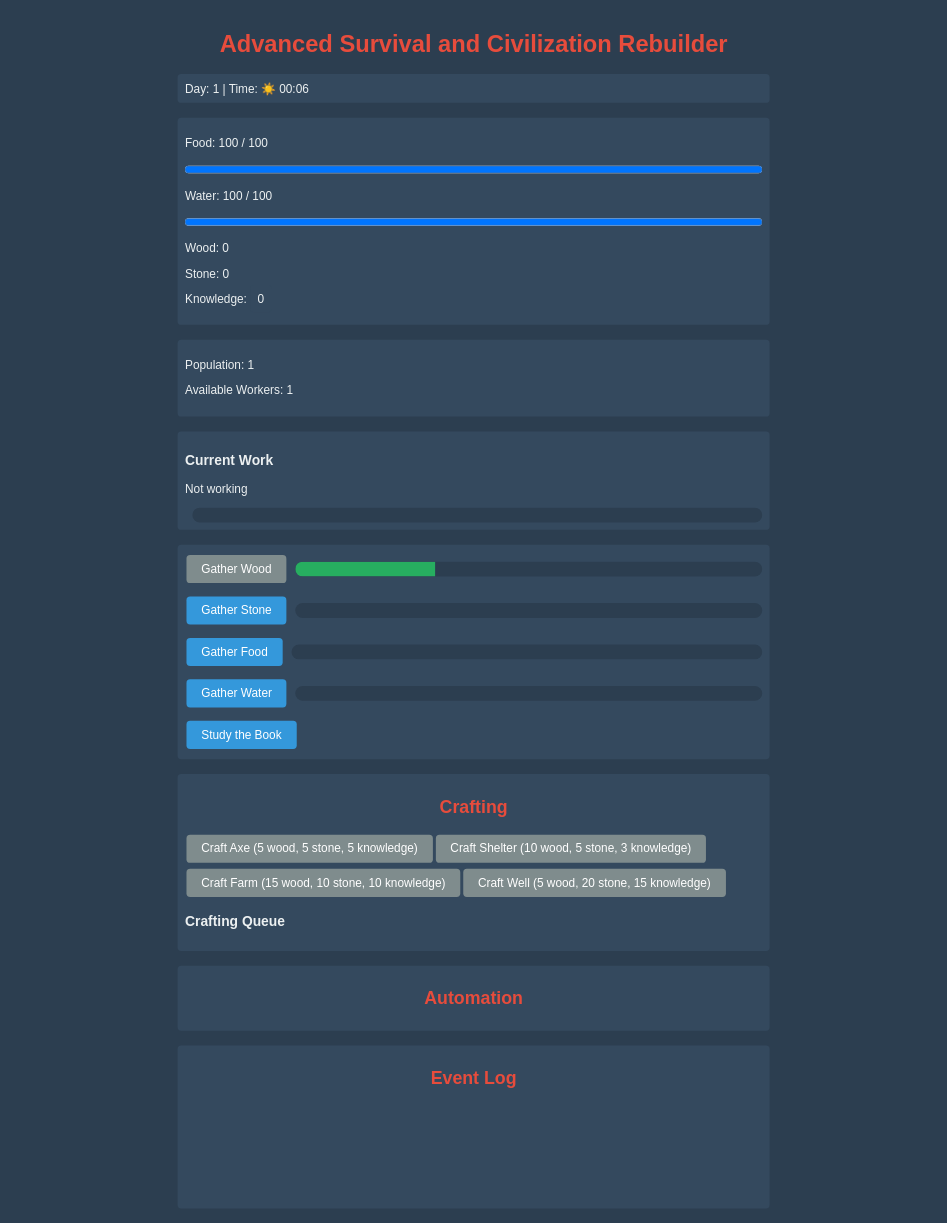
Repository: kingpinzs/afk-post-apocalyptic
Page: index.html
These files come from the project's save history. The page is drawn as it stood at one moment and after the next save; the edit follows.
The browser window is 1280 px wide. The pictures show the whole page, at 74% of full size.
After loading, the first visible `#gather-wood` was clicked once.

Above is the page before, as saved 2024-09-10 09:47:00.
Console error: TypeError: Cannot set properties of null (setting 'textContent')

After the next save:
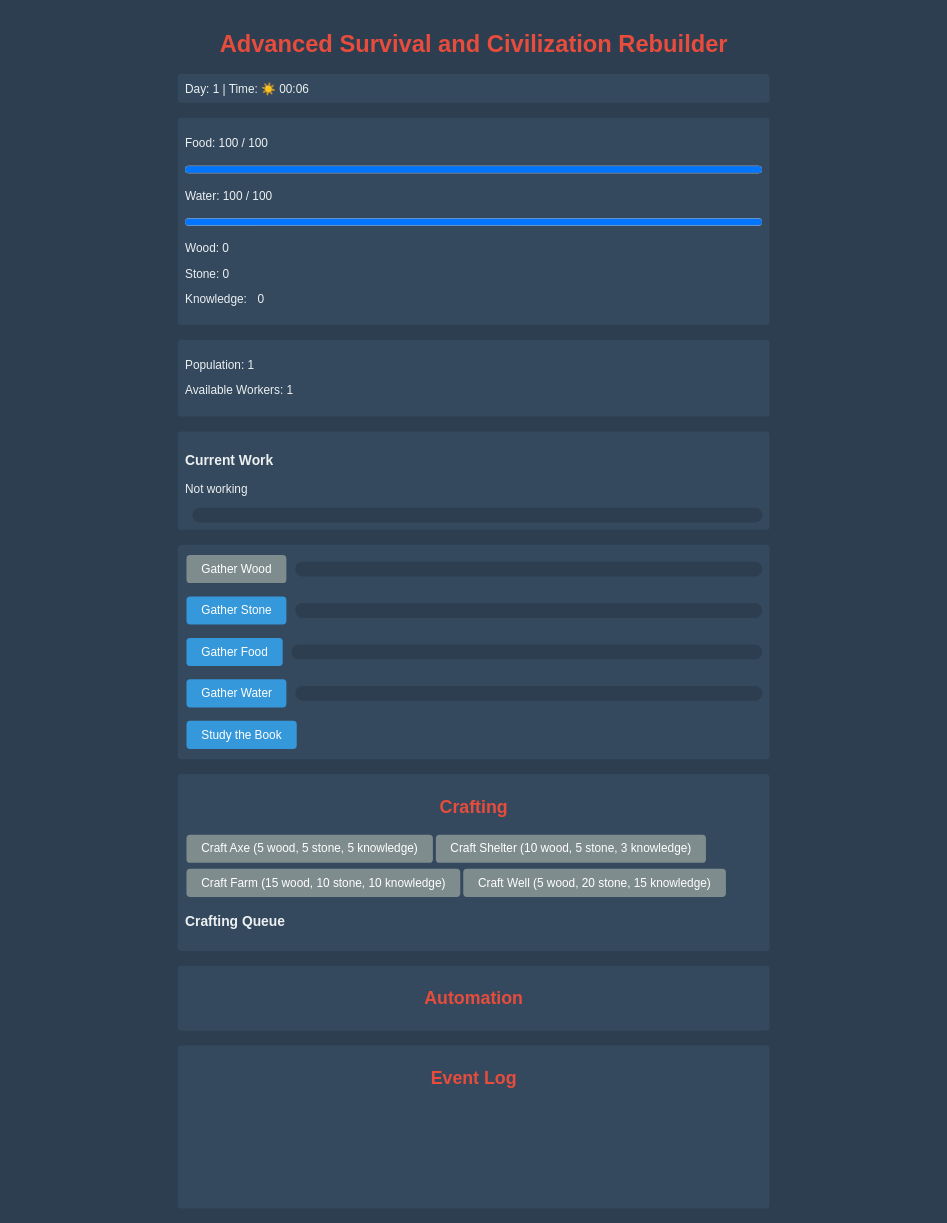
Saved 2 min 20 s later.
--- a/resources.js
+++ b/resources.js
@@ -18,12 +18,21 @@ const gatheringProgresses = {
 };
 
 export function gatherResource(resource) {
+    if (gameState.availableWorkers === 0) {
+        logEvent("No available workers to gather resources.");
+        return;
+    }
+
     const button = document.getElementById(`gather-${resource}`);
     const progressBar = document.getElementById(`${resource}-progress-bar`);
 
     if (button.disabled) return;  // If already gathering, do nothing
 
     button.disabled = true;
+    gameState.availableWorkers--;
+    gameState.currentWork = { type: 'gathering', resource: resource };
+    updateWorkingSection();
+
     let progress = 0;
     const interval = 100;  // Update every 100ms
     const duration = getGatheringTime(resource);
@@ -41,6 +50,7 @@ export function gatherResource(resource) {
         }
     }, interval);
 }
+
 
 function getGatheringTime(resource) {
     let time = gatheringTimes[resource];
